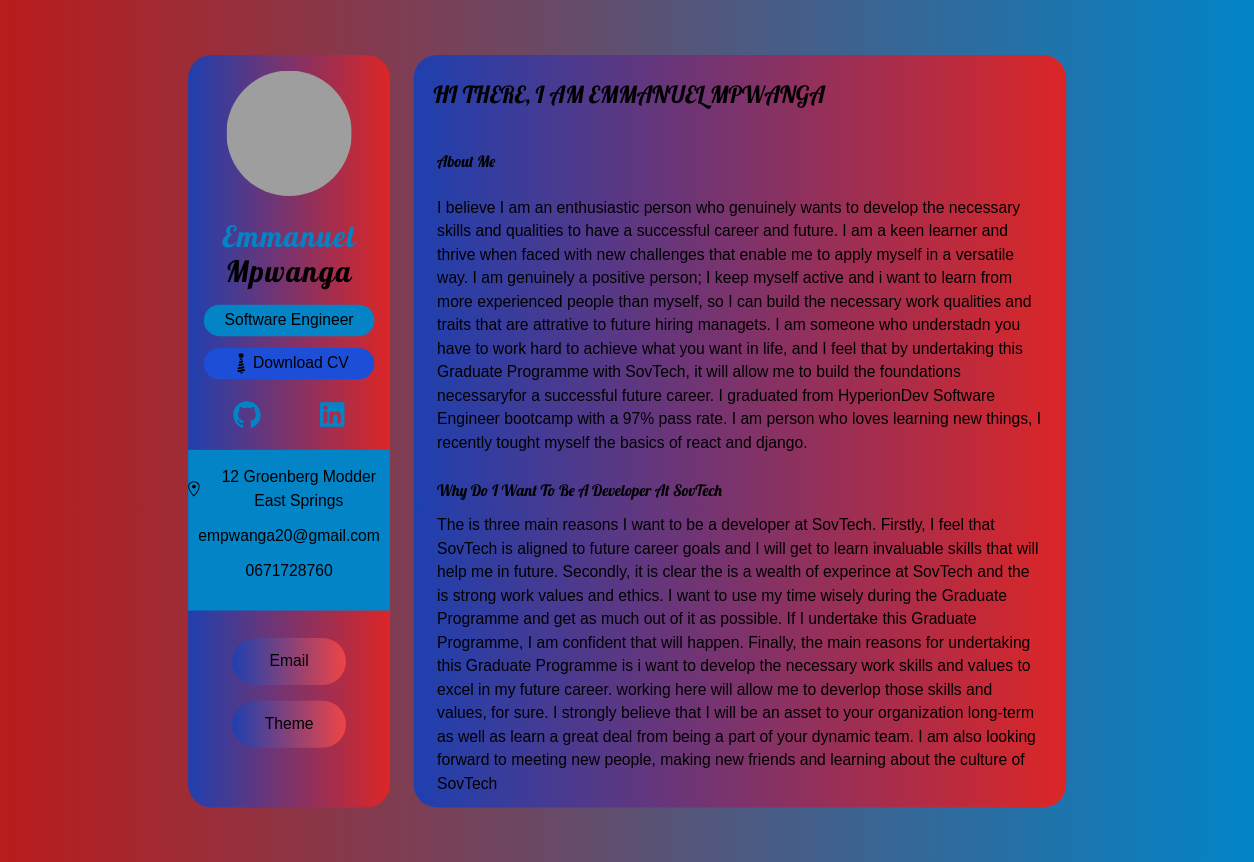
Repository: mannympwanga/portfolio
Page: /
The author's editor kept a copy of each file at every save. The page is drawn from the files as they stood at one save, then again after the next save.
The browser window is 1280 px wide. The pictures show the whole page, at 98% of full size.
Pictures or frames that could not be fetched are drawn as grey boxes. The project was rebuilt for these pictures with package versions that can differ from the ones it lists, and the page was loaded fresh each time. The framework's server and built-in components were replaced by stand-ins that run in the browser. Also part of the build but not shown: next.config.js.

Above is the page before, as saved 2021-11-24 23:18:44.

### pages/_app.tsx
import '../styles/globals.css'
import Sidebar from '../components/Sidebar'
import Navbar from '../components/Navbar'
import {ThemeProvider} from 'next-themes'

function MyApp({ Component, pageProps }) {
  return (
    <ThemeProvider attribute='class'>
      <div className='grid grid-cols-12 gap-6 px-5 lg:px-48 my-14 sm:px-20 md:px-32'>
       <div className='col-span-12 p-4 text-center bg-gradient-to-r from-blue-800 to-red-600 dark:from-dark-500 dark:to-dark-100 lg:col-span-3 rounded-3xl'>
        <Sidebar/>
       </div>
       <div className='flex flex-col col-span-12 bg-gradient-to-r from-blue-800 to-red-600 dark:from-dark-500 dark:to-dark-100 lg:col-span-9 rounded-3xl'>
        <Navbar/>
        <Component {...pageProps} />
       </div>
      </div>
    </ThemeProvider>

  )





}

export default MyApp

### pages/_document.tsx
import Document, { Html, Head, Main, NextScript } from 'next/document'

class MyDocument extends Document {
  render() {
    return (
      <Html lang='en'>
        <Head>
            <link rel="preconnect" href="https://fonts.googleapis.com"/>
            <link rel="preconnect" href="https://fonts.gstatic.com crossorigin"/>
            <link href="https://fonts.googleapis.com/css2?family=Lobster&display=swap" rel="stylesheet"/>
        </Head>
        <body className='bg-gradient-to-r from-red-700 to-blue dark:from-dark-500 dark:to-dark-100 dark:text-yellow-50'>
          <Main />
          <NextScript />
        </body>
      </Html>
    )
  }
}

export default MyDocument

### pages/index.tsx
export const index = () => {
  return (
    <div className='flex flex-col px-6 pt-1'>
      <h1 className='my-3 text-1xl font-Lobster'>About Me</h1>
      <p className='my-3 font-medium'>
        I believe I am an enthusiastic person who genuinely wants to develop
        the necessary skills and qualities to have a successful career and future.
        I am a keen learner and thrive when faced with new challenges that enable me
        to apply myself in a versatile way.
        I am genuinely a positive person; I keep myself active and i want to learn from
        more experienced people than myself, so I can build the necessary work qualities
        and traits that are attrative to future hiring managets.
        I am someone who understadn you have to work hard to achieve what you want in life,
        and I feel that by undertaking this Graduate Programme with SovTech, it will allow me
        to build the foundations necessaryfor a successful future career. I graduated from HyperionDev
        Software Engineer bootcamp with a 97% pass rate. I am person who loves learning new things, I recently
        tought myself the basics of react and django.
      </p>

      <div>
        <h1 className='my-3 text-1xl font-Lobster'>Why Do I Want To Be A Developer At SovTech</h1>
        <p className='my-3 font-medium'>
          The is three main reasons I want to be a developer at SovTech. Firstly, I feel that SovTech
          is aligned to future career goals and I will get to learn invaluable skills that will help me in future.
          Secondly, it is clear the is a wealth of experince at SovTech and the is strong work values and
          ethics. I want to use my time wisely during the Graduate Programme and get as much out of it as possible.
          If I undertake this Graduate Programme, I am confident that will happen. Finally, the main reasons for undertaking
          this Graduate Programme is i want to develop the necessary work skills and values to excel in my future career.
          working here will allow me to deverlop those skills and values, for sure. I strongly believe that I will be an asset
          to your organization long-term as well as learn a great deal from being a part of your dynamic team.
          I am also looking forward to meeting new people, making new friends and learning about the culture of SovTech
        </p>
      </div>
    </div>


  )
}

export default index

### styles/globals.css

@tailwind base;
@tailwind components;
@tailwind utilities;

/*//TODO use tailwind */
body{
  background-color: black;
  font-family: sans-serif;
}

### components/Sidebar.tsx
import Image from 'next/image'
import {AiFillGithub,AiFillLinkedin} from 'react-icons/ai'
import {GoLocation} from 'react-icons/go'
import {GiTie} from 'react-icons/gi'
import { useTheme } from 'next-themes'

const Sidebar = () => {
    const{theme, setTheme} = useTheme();

    const changeThem = ()=>{
        setTheme(theme==='light'?'dark':'light');
    }

    return (
        <div>
            <Image src="https://avatars.githubusercontent.com/u/84036779?v=4" alt="user avater" className=" mx-auto border rounded-full "
            height="128px"
            width="128px"
            layout="intrinsic"
            quality="100">

            </Image>
            <h1 className='my-4 text-3xl font-medium tracking-wider font-Lobster'>
                <span className='text-blue'>Emmanuel </span>
                Mpwanga
            </h1>
            <p className='px-2 py-1 my-3 bg-blue dark:bg-dark-200 rounded-full'>Software Engineer</p>
            <a className='flex items-center justify-center px-2 py-1 my-3 bg-blue-700 dark:bg-dark-200 rounded-full'
                href='/pdf,img/Emmanuel Mpwanga CV.pdf'
                download='Emmanuel Mpwanga CV.pdf'>
                <GiTie className='w-6 h-6'/>Download CV
             </a>

            {/* icons*/}
            <div className='flex justify-around mx-auto w-9/12 my-5 text-blue md:w-full' >
                <a href="https://github.com/mannympwanga">
                    <AiFillGithub className='w-8 h-8' cursor-pointer/>
                </a>
                <a href="https://www.linkedin.com/in/emmanuel-mpwanga-4387271bb">
                    <AiFillLinkedin className='w-8 h-8' cursor-pointer/>
                </a>
            </div>

            {/*adress*/}
            <div
               className='my-5 py-4 bg-blue dark:bg-dark-200'
               style={{ marginLeft: '-1rem', marginRight: '-1rem'}}>
                <div className='flex items-center justify-center space-x-2'>
                    <GoLocation/>
                    <span>12 Groenberg Modder East Springs</span>
                </div>
                <p className='my-3'>empwanga20@gmail.com</p>
                <p className='my-3'>0671728760</p>
            </div>

            {/*Email Button*/}
            <button className='my-2 bg-gradient-to-r from-blue-800 to-red-500 w-8/12 rounded-full py-3 pt-3 text-black'
            onClick={()=>window.open('mailto:empwanga20@gmail.com')}>Email</button>
            <button className='my-2  bg-gradient-to-r from-blue-800 to-red-500 w-8/12 rounded-full py-3 pt-3 text-black'
            onClick={changeThem}>Theme</button>
        </div>
    )
}

export default Sidebar

### components/Navbar.tsx
import { useState, useEffect, FunctionComponent } from 'react'
import { useRouter } from 'next/router'
import Link from 'next/link'



const Navbar = () => {

   return (
      <div className='flex items-center justify-between px-5 py-3 my-3 text-5xl font-Lobster'>

         <div className='text-5xl font-Lobster md:text-2xl'>
            HI THERE, I AM EMMANUEL MPWANGA
         </div>
      </div>
   )
}

export default Navbar

### tailwind.config.js
module.exports = {
  purge: ["./pages/**/*.tsx", "./components/**/*.tsx"],
  darkMode: "class",
  theme: {
    fontFamily: {
      Lobster: ['Lobster'],
     },
    extend: {
      colors: {
        blue: {
          DEFAULT: '#0284C7',
        },
        dark:{
          DEFAULT: '#010101',
          100:'#0a0b1e',
          200:'#16181d',
          500:'#0f1115',
          700:'#202125',

        },
      }
    },
  },
  variants: {
    extend: {},
  },
  plugins: [],
};

After the next save:
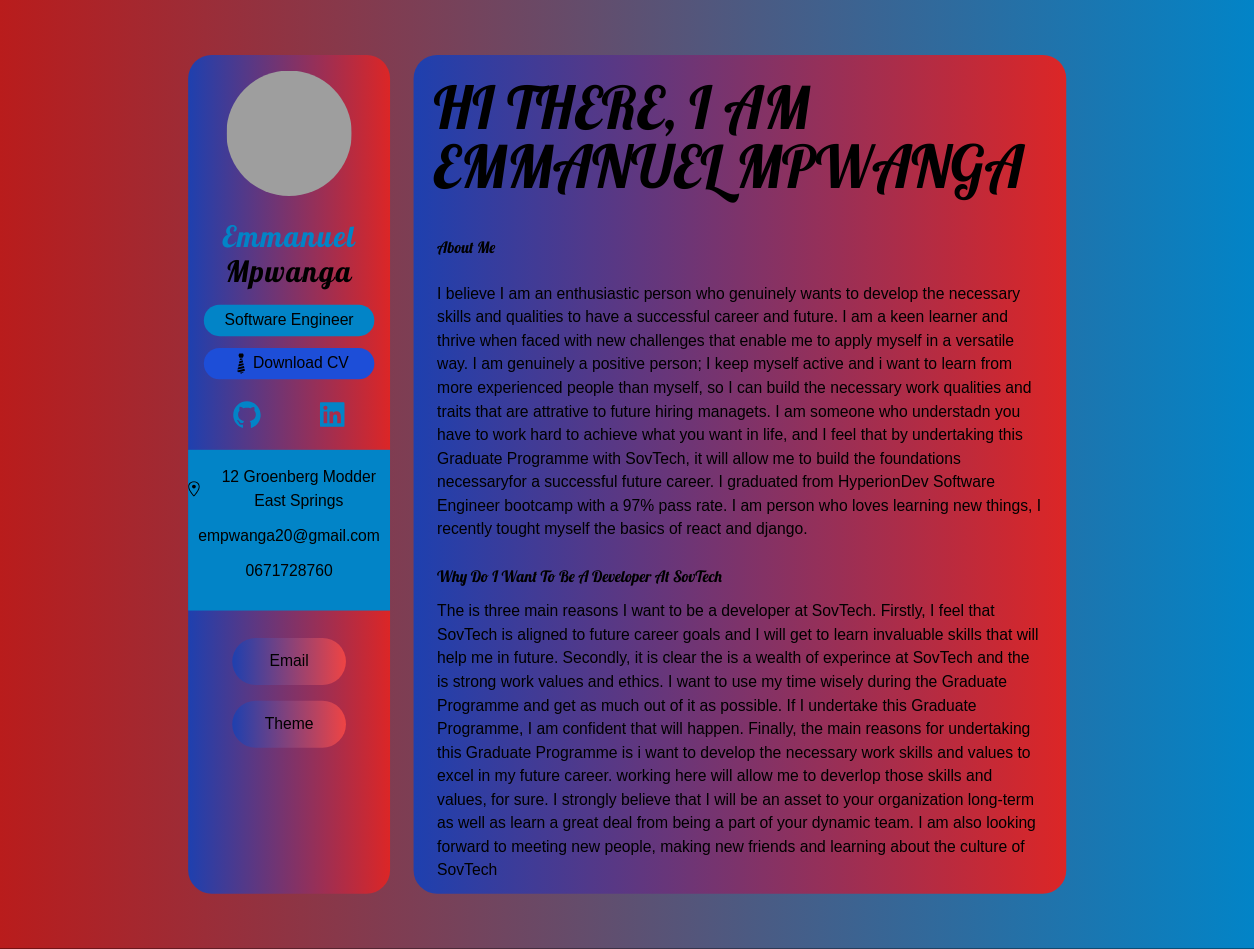
Saved 3 min 25 s later.
--- a/components/Navbar.tsx
+++ b/components/Navbar.tsx
@@ -9,7 +9,7 @@
    return (
       <div className='flex items-center justify-between px-5 py-3 my-3 text-5xl font-Lobster'>
 
-         <div className='text-5xl font-Lobster md:text-2xl'>
+         <div className='text-6xl font-Lobster md:text-1xl'>
             HI THERE, I AM EMMANUEL MPWANGA
          </div>
       </div>
